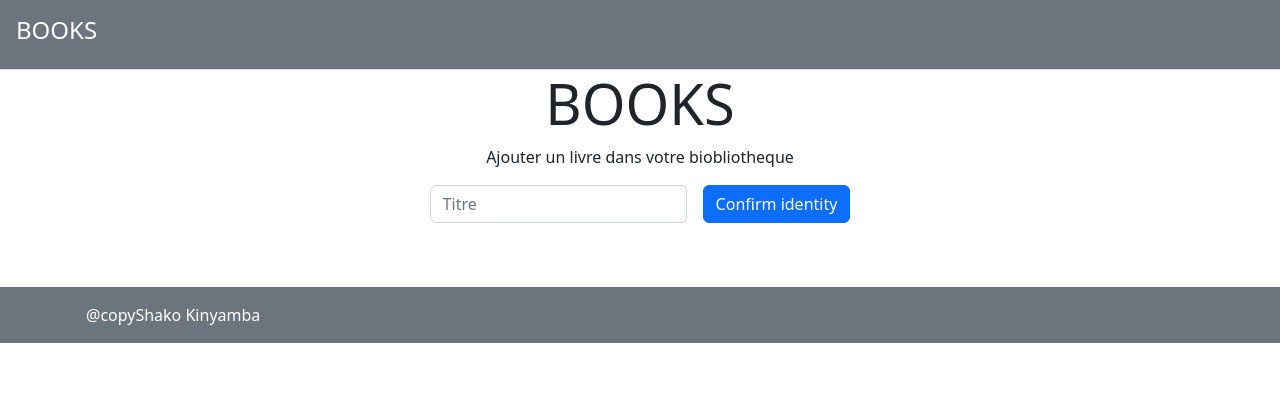
Repository: SKB-TECH/Books
Page: /
These files come from the project's save history. The page is drawn as it stood at one moment and after a run of saves; the edit follows.
The browser window is 1280 px wide. The pictures show the whole page.
The project was rebuilt for these pictures with package versions that can differ from the ones it lists, and the page was loaded fresh each time. Also part of the build but not shown: vite.config.js.

Above is the page before, as saved 2022-11-09 15:57:01.

### src/main.jsx
import React from 'react'
import ReactDOM from 'react-dom/client'
import App from './App'
import 'bootstrap/dist/css/bootstrap.min.css'

ReactDOM.createRoot(document.getElementById('root')).render(
  <React.StrictMode>
    <App />
  </React.StrictMode>
)

### src/App.jsx
import React from 'react';
import Footer from './components/Footer';
import Navbar from './components/Navbar';
import AddBooks from './Containers/AddBooks'
const App = () => {
  return (
    <div className='App'>
      <Navbar />
      <AddBooks />
      <Footer />
    </div>
  );
};

export default App;

### src/components/Footer.jsx
import React from 'react';

const Footer = () => {
    return (
        <footer className='footer text-white bg-secondary mt-5'>
            <div className='container p-3'>
                <span>
                    @copyShako Kinyamba
                </span>
            </div>
        </footer>
    );
};

export default Footer;

### src/components/Navbar.jsx
import React from 'react';

const Navbar = () => {
    return (
        <header>
            <div className='d-flex flex-column flex-md-row p-3 border-bottom bg-secondary text-white'>
                <h4 className='mr-md-auto'>
                    <a href="/" className='text-decoration-none text-white'>BOOKS</a>
                </h4>
            </div>
            {/* Menu principl */}
        </header>
    );
};

export default Navbar;

### src/Containers/AddBooks.jsx
import React from 'react';

const AddBooks = () => {
    return (
        <main role="main">
            <div className='jumbotron jumbotron-fluid'>
                <div className='container text-center'>
                    <h1 className='display-4'>
                        BOOKS
                    </h1>
                    <p>
                        Ajouter un livre dans votre biobliotheque
                    </p>

                    <form className="form-inline justify-content-center row g-3">
                        <div className="col-auto">
                            <input type="password" className="form-control" id="inputPassword2" placeholder="Titre" />
                        </div>
                        <div class="col-auto">
                            <button type="submit" className="btn btn-primary mb-3">Confirm identity</button>
                        </div>
                    </form>
                </div>
            </div>
        </main>
    );
};

export default AddBooks;

Loaded but not shown: index.html (common file)

After the next 7 saves:
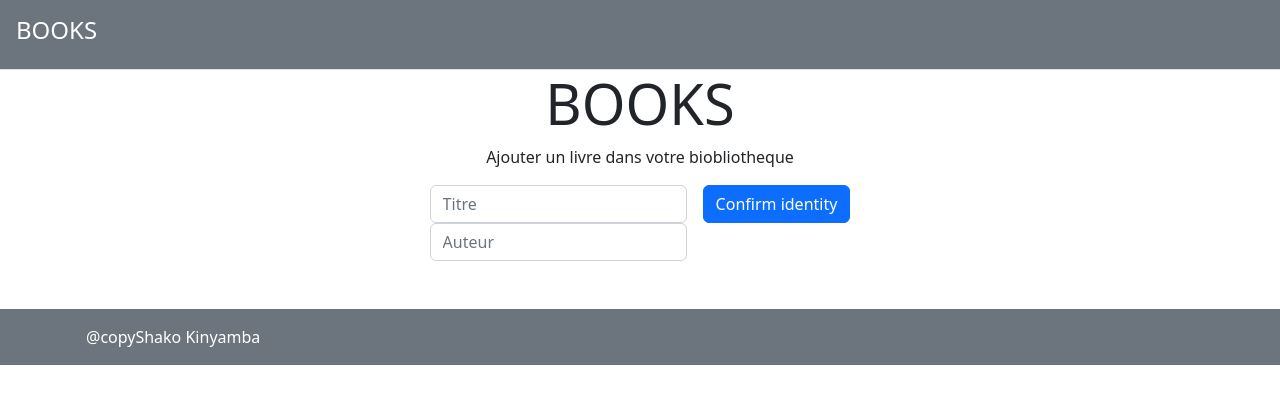
The 7 saves are shown as one change because they came seconds apart.
The last was saved 19 s later.
--- a/src/Containers/AddBooks.jsx
+++ b/src/Containers/AddBooks.jsx
@@ -15,6 +15,8 @@ const AddBooks = () => {
                     <form className="form-inline justify-content-center row g-3">
                         <div className="col-auto">
                             <input type="password" className="form-control" id="inputPassword2" placeholder="Titre" />
+
+                            <input type="password" className="form-control" id="inputPassword2" placeholder="Auteur" />
                         </div>
                         <div class="col-auto">
                             <button type="submit" className="btn btn-primary mb-3">Confirm identity</button>
